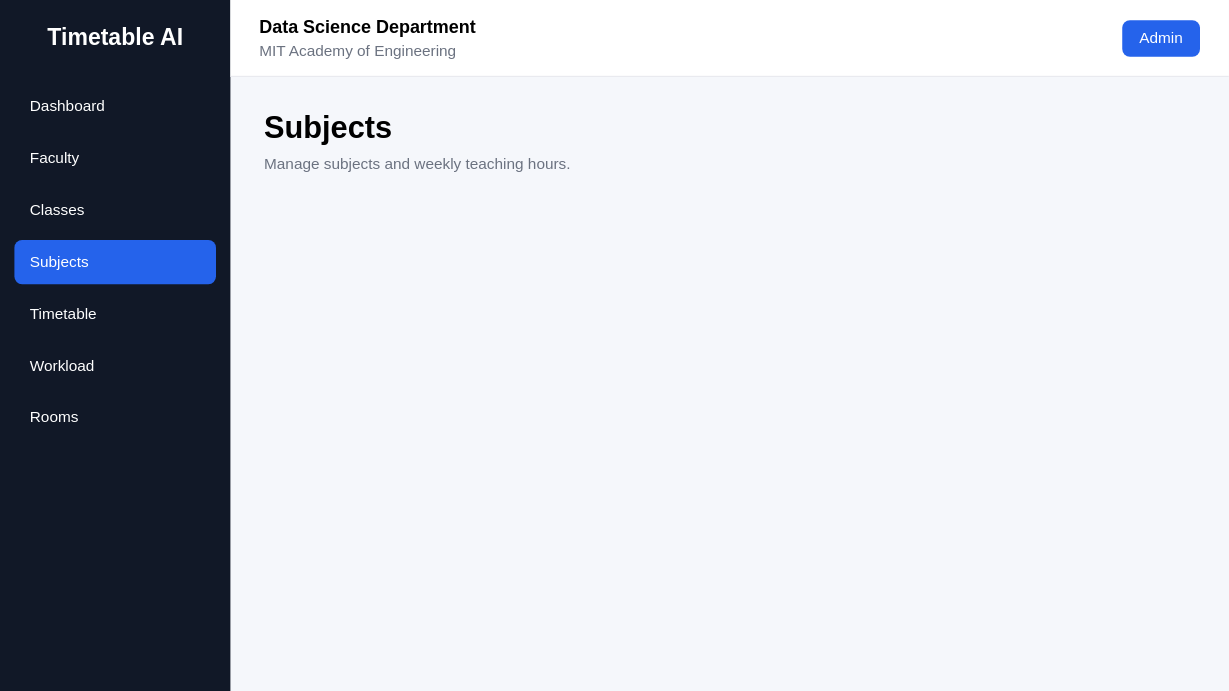
Repository: palak-surana/Intelligent-Timetable-System
Page: /subjects (app in frontend/)
These files come from the project's save history. The page is drawn as it stood at one moment and after the next save; the edit follows.
The browser window is 1280 px wide. The pictures show the whole page, at 96% of full size.
The project was rebuilt for these pictures with package versions that can differ from the ones it lists, and the page was loaded fresh each time. Also part of the build but not shown: frontend/vite.config.js, frontend/src/pages/Dashboard.jsx, frontend/src/pages/Faculty.jsx, frontend/src/pages/Classes.jsx, frontend/src/pages/Timetable.jsx, frontend/src/pages/Workload.jsx, frontend/src/pages/Rooms.jsx.

Above is the page before, as saved 2026-08-15 22:41:59.

After the next save:
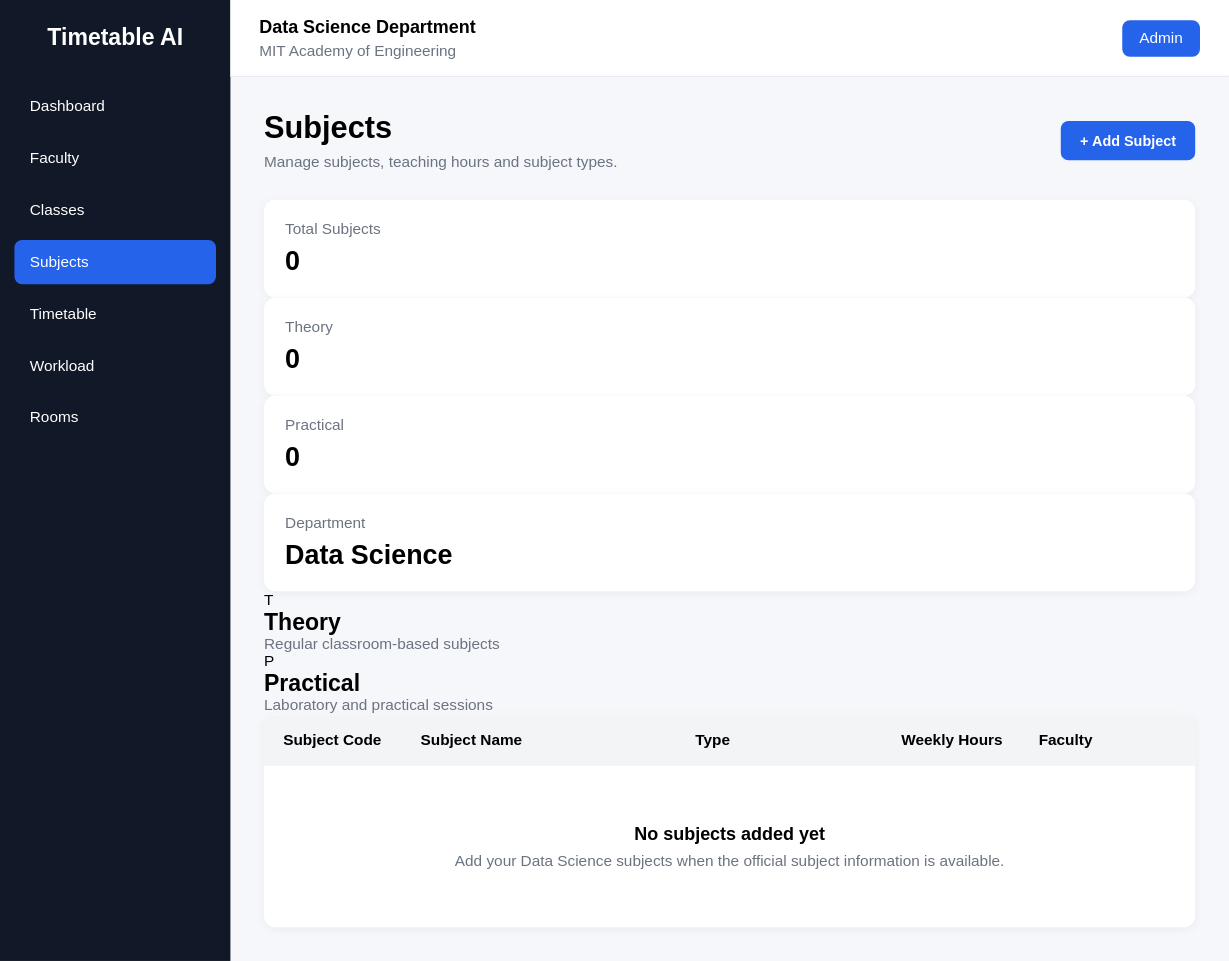
Saved 47 s later.
--- a/frontend/src/pages/Subjects.jsx
+++ b/frontend/src/pages/Subjects.jsx
@@ -1,8 +1,92 @@
 function Subjects() {
+  const subjectTypes = [
+    {
+      type: "Theory",
+      description: "Regular classroom-based subjects",
+    },
+    {
+      type: "Practical",
+      description: "Laboratory and practical sessions",
+    },
+  ];
+
   return (
     <main className="page">
-      <h1>Subjects</h1>
-      <p>Manage subjects and weekly teaching hours.</p>
+
+      <div className="page-header">
+        <div>
+          <h1>Subjects</h1>
+          <p>
+            Manage subjects, teaching hours and subject types.
+          </p>
+        </div>
+
+        <button className="primary-button">
+          + Add Subject
+        </button>
+      </div>
+
+      <div className="subject-summary">
+
+        <div className="summary-card">
+          <span>Total Subjects</span>
+          <strong>0</strong>
+        </div>
+
+        <div className="summary-card">
+          <span>Theory</span>
+          <strong>0</strong>
+        </div>
+
+        <div className="summary-card">
+          <span>Practical</span>
+          <strong>0</strong>
+        </div>
+
+        <div className="summary-card">
+          <span>Department</span>
+          <strong>Data Science</strong>
+        </div>
+
+      </div>
+
+      <div className="subject-types">
+
+        {subjectTypes.map((item) => (
+          <div className="subject-type-card" key={item.type}>
+            <div className="subject-icon">
+              {item.type === "Theory" ? "T" : "P"}
+            </div>
+
+            <div>
+              <h2>{item.type}</h2>
+              <p>{item.description}</p>
+            </div>
+          </div>
+        ))}
+
+      </div>
+
+      <div className="faculty-table">
+
+        <div className="table-header subject-header">
+          <span>Subject Code</span>
+          <span>Subject Name</span>
+          <span>Type</span>
+          <span>Weekly Hours</span>
+          <span>Faculty</span>
+        </div>
+
+        <div className="empty-state">
+          <h3>No subjects added yet</h3>
+          <p>
+            Add your Data Science subjects when the official
+            subject information is available.
+          </p>
+        </div>
+
+      </div>
+
     </main>
   );
 }
